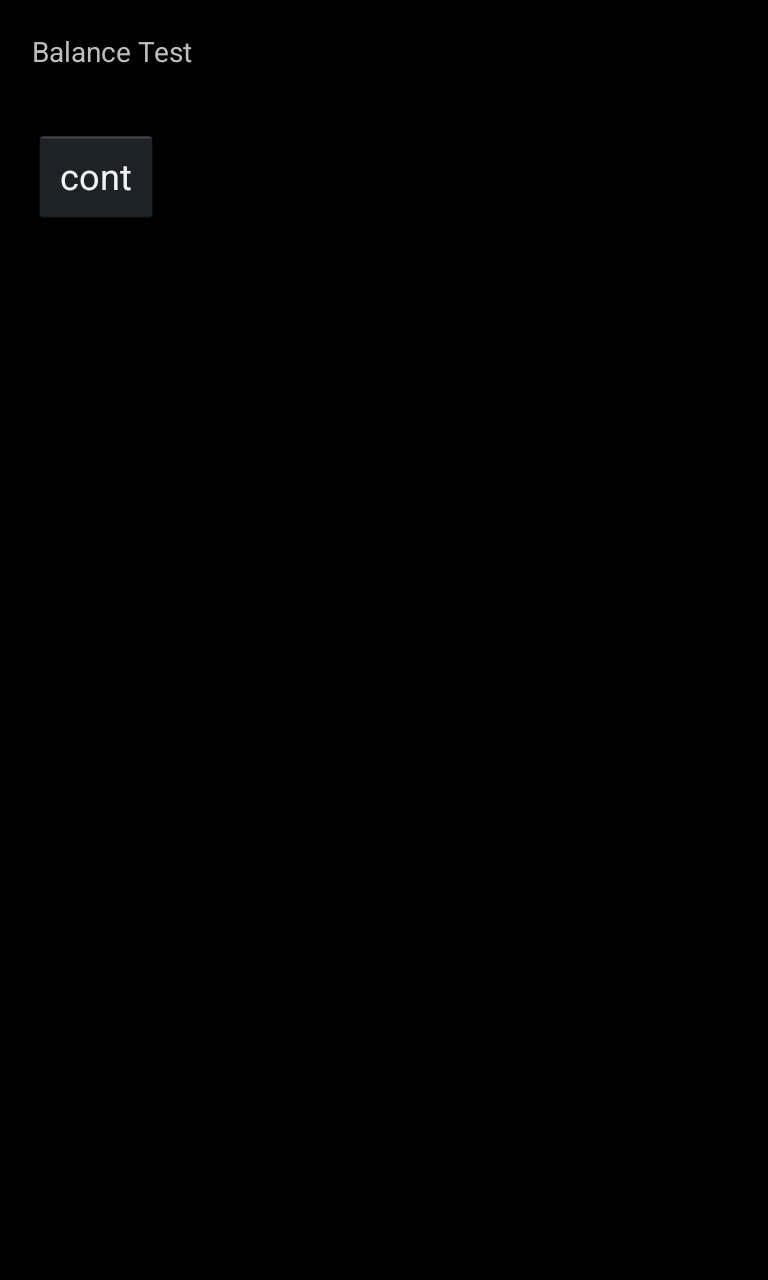
Repository: inferno-entertainment/booze-gauge
Layout: BoozeGauge/res/layout/activity_bal_test.xml
An editor plug-in stored every save of this project. The layout is shown before and after the next save, followed by the edit.
It is drawn on a 768 x 1280 px phone screen (xhdpi) without system bars, with theme AppTheme; the app's code is not run.

Above is the layout before, as saved 2013-03-21 02:17:56.

### BoozeGauge/res/layout/activity_bal_test.xml
<RelativeLayout xmlns:android="http://schemas.android.com/apk/res/android"
    xmlns:tools="http://schemas.android.com/tools"
    android:layout_width="match_parent"
    android:layout_height="match_parent"
    android:paddingBottom="@dimen/activity_vertical_margin"
    android:paddingLeft="@dimen/activity_horizontal_margin"
    android:paddingRight="@dimen/activity_horizontal_margin"
    android:paddingTop="@dimen/activity_vertical_margin"
    tools:context=".BalTest" >

    <TextView
        android:id="@+id/textView1"
        android:layout_width="wrap_content"
        android:layout_height="wrap_content"
        android:text="@string/bal" />

    <Button
        android:id="@+id/button1"
        android:layout_width="wrap_content"
        android:layout_height="wrap_content"
        android:layout_alignLeft="@+id/textView1"
        android:layout_below="@+id/textView1"
        android:layout_marginTop="29dp"
        android:onClick="endTest"
        android:text="cont" />

</RelativeLayout>

### BoozeGauge/res/values/strings.xml
<?xml version="1.0" encoding="utf-8"?>
<resources>

    <string name="app_name">Booze Gauge</string>
    <string name="action_settings">Settings</string>
    <string name="disclaimer">THIS IS NOT A LEGAL SOBRIETY TEST.</string>
    <string name="title_activity_alpha_test">AlphaTest</string>
    <string name="full">Full Test</string>
    <string name="alpha">Alphabet Test</string>
    <string name="bal">Balance Test</string>
    <string name="log">Logic Test</string>
    <string name="mem">Memory Test</string>
    <string name="cont">continue</string>
    <string name="title_activity_bal_test">BalTest</string>
    <string name="title_activity_log_test">LogTest</string>
    <string name="title_activity_mem_test">MemTest</string>
    <string name="title_activity_result_screen">ResultScreen</string>
    <string name="result">Results</string>

</resources>

Loaded but not shown: BoozeGauge/res/values/styles.xml (common file); BoozeGauge/res/values-v11/styles.xml (common file); BoozeGauge/res/values-v14/styles.xml (common file); BoozeGauge/res/values/dimens.xml (common file)

After the next save:
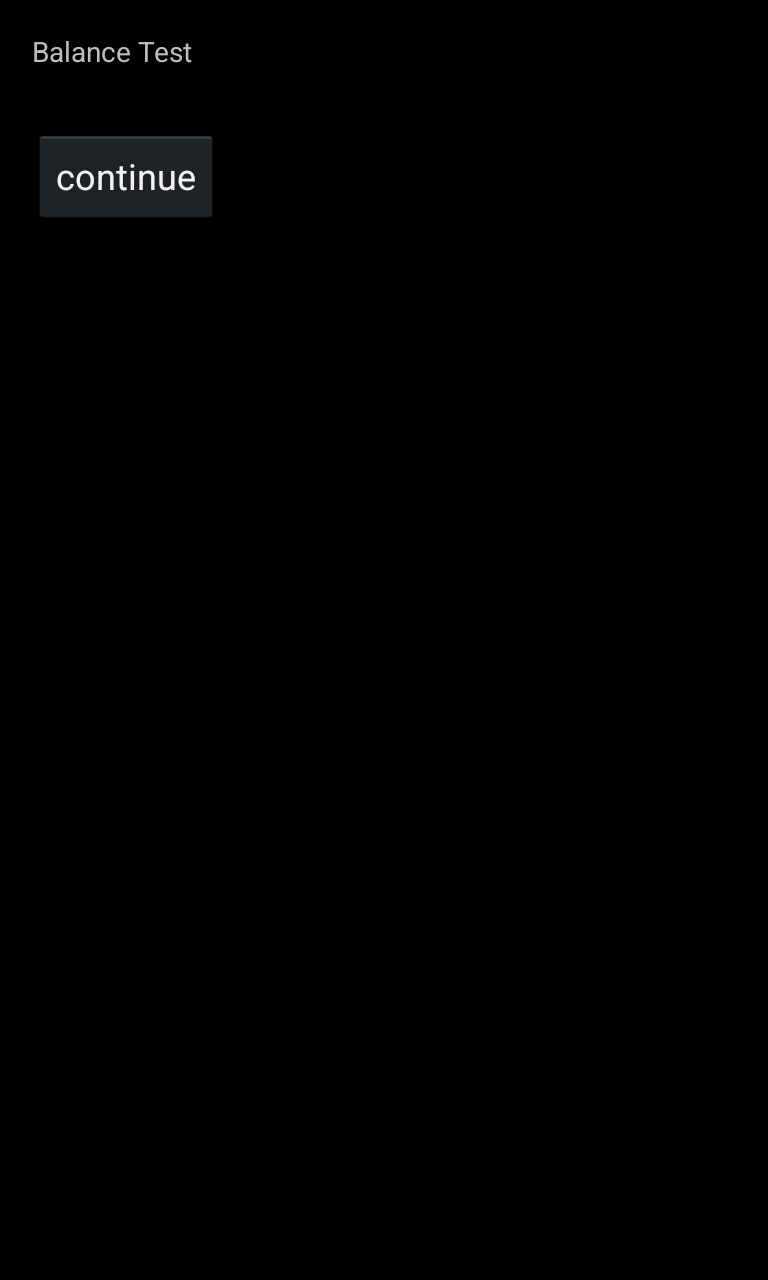
Saved 15 s later.
--- a/BoozeGauge/res/layout/activity_bal_test.xml
+++ b/BoozeGauge/res/layout/activity_bal_test.xml
@@ -22,6 +22,6 @@
         android:layout_below="@+id/textView1"
         android:layout_marginTop="29dp"
         android:onClick="endTest"
-        android:text="cont" />
+        android:text="@string/cont" />
 
 </RelativeLayout>
